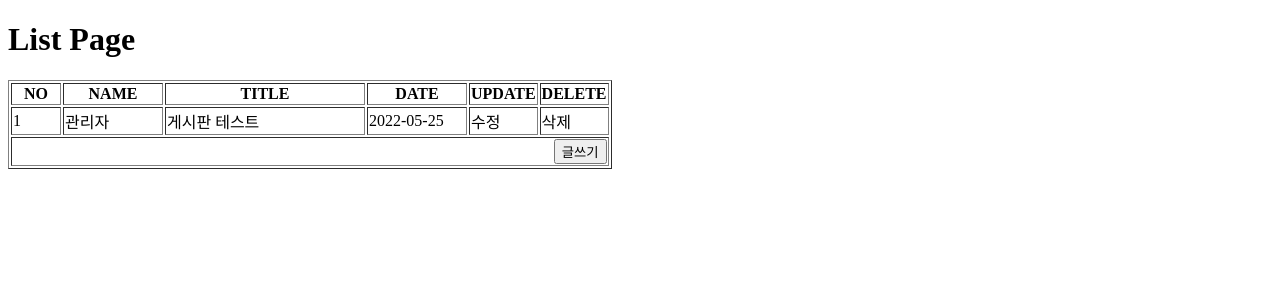
Repository: yyci12/TIL
Page: http://localhost/Jsp01_MyBoard/
The author's editor kept a copy of each file at every save. The page is drawn from the files as they stood at one save, then again after the next save.
The browser window is 1280 px wide. The pictures show the whole page.
The page is served by Tomcat 9. The database holds what the project's SQL file puts in it.

Above is the page before, as saved 2022-05-25 06:40:13.

### Web/Jsp01_MyBoard/WebContent/index.jsp
<%@ page language="java" contentType="text/html; charset=UTF-8"
    pageEncoding="UTF-8"%>
<!DOCTYPE html>
<html>
<head>
<meta charset="UTF-8">
<title>Insert title here</title>
</head>
<body>
	<%--
	<h1>시작</h1>
	<%for(int i=0; i<3; i++){ %>
		<b>안녕</b>
	<%} %>
	--%>
	<jsp:forward page="./mylist.jsp"></jsp:forward> <%-- jsp 액션태그 --%>
</body>
</html>

### Web/Jsp01_MyBoard/WebContent/mylist.jsp
<%@ page language="java" contentType="text/html; charset=UTF-8"
    pageEncoding="UTF-8"%>
<%request.setCharacterEncoding("UTF-8"); %>
<%response.setContentType("text/html; charset=UTF-8"); %>
  <%@page import="com.my.dao.MyBoardDao"%>
  <%@page import="com.my.dto.MyBoardDto"%>
  <%@page import="java.util.List" %>
<!DOCTYPE html>
<html>
<head>
<meta charset="UTF-8">
<title>Insert title here</title>
</head>
<body>

<%
	MyBoardDao dao = new MyBoardDao();
	List<MyBoardDto> list  = dao.selectAll();
%>
	<h1>List Page</h1>

	<table border=1>
		<col width="50px">
		<col width="100px">
		<col width="200px">
		<col width="100px">
		<tr>
			<th>NO</th>
			<th>NAME</th>
			<th>TITLE</th>
			<th>DATE</th>
			<th>UPDATE</th>
			<th>DELETE</th>
		</tr>
<%
	for(int i=0; i<list.size();i++){
%>
	<tr>
		<td><%=list.get(i).getMyno()%></td>
		<td><%=list.get(i).getMyname()%></td>
		<td><%=list.get(i).getMytitle()%></td>
		<td><%=list.get(i).getMydate()%></td>
		<td><a>수정</a></td>
		<td><a>삭제</a></td>
	</tr>
<%
	}
%>
<tr>
	<td colspan="6" align="right">
		<button onclick ="">글쓰기</button>
	</td>
	</tr>
	</table>
</body>
</html>

### Web/Jsp01_MyBoard/src/com/my/dao/MyBoardDao.java
package com.my.dao;

import java.sql.Connection;
import java.sql.DriverManager;
import java.sql.ResultSet;
import java.sql.SQLException;
import java.sql.Statement;
import java.util.ArrayList;
import java.util.List;

import com.my.dto.MyBoardDto;

public class MyBoardDao {
	Connection con = null;

	public MyBoardDao() {
		//드라이버 등록
		try {
			Class.forName("com.mysql.jdbc.Driver");
			System.out.println("01. driver연결");
		} catch (ClassNotFoundException e) {
			System.out.println("01. driver 연결실패");
			e.printStackTrace();
		}
	}

	//전체출력
	public List<MyBoardDto> selectAll(){
		try {
			con = DriverManager.getConnection("jdbc:mysql://localhost/multi","root","1234");
			System.out.println("02.연결성공");
		} catch (SQLException e) {
			// TODO Auto-generated catch block
			System.out.println("02.연결실패");
			e.printStackTrace();
		}

		Statement stmt = null;
		ResultSet rs = null;
		List<MyBoardDto> res = new ArrayList<MyBoardDto>();
		String sql = "SELECT * FROM MYBOARD";

		try {
			stmt = con.createStatement();
			System.out.println("03. query 준비 :" +sql);

			rs = stmt.executeQuery(sql);
			System.out.println("04. query 실행 및 리턴");
			while(rs.next()) {
				MyBoardDto dto = new MyBoardDto(rs.getInt(1),rs.getString(2),rs.getString(3),
												rs.getString(4),rs.getDate(5));
				res.add(dto);
			}
		} catch (SQLException e) {
			System.out.println("3/4단계에러");
			e.printStackTrace();
		}finally {
			try {
				rs.close();
				stmt.close();
				con.close();
				System.out.println("05.db종료\n");
			} catch (SQLException e) {
				System.out.println("05.db종료 에러\n");
				e.printStackTrace();
			}
		}
		System.out.println();
		return res;
	}


}

### Web/Jsp01_MyBoard/src/com/my/dto/MyBoardDto.java
package com.my.dto;

import java.util.Date;

public class MyBoardDto {
	private int myno;
	private String myname;
	private String mytitle;
	private String mycontent;
	private Date mydate;

	public MyBoardDto() {
		super();
		// TODO Auto-generated constructor stub
	}

	public MyBoardDto(int myno, String myname, String mytitle, String mycontent, Date mydate) {
		super();
		this.myno = myno;
		this.myname = myname;
		this.mytitle = mytitle;
		this.mycontent = mycontent;
		this.mydate = mydate;
	}

	public int getMyno() {
		return myno;
	}
	public void setMyno(int myno) {
		this.myno = myno;
	}
	public String getMyname() {
		return myname;
	}
	public void setMyname(String myname) {
		this.myname = myname;
	}
	public String getMytitle() {
		return mytitle;
	}
	public void setMytitle(String mytitle) {
		this.mytitle = mytitle;
	}
	public String getMycontent() {
		return mycontent;
	}
	public void setMycontent(String mycontent) {
		this.mycontent = mycontent;
	}
	public Date getMydate() {
		return mydate;
	}
	public void setMydate(Date mydate) {
		this.mydate = mydate;
	}

}

### Web/Jsp01_MyBoard/build/classes/myboard.sql (the tables this page reads)
CREATE table MYBOARD(
	MYNO INT auto_increment primary key,
	MYNAME VARCHAR(100) not null,
	MYTILTE VARCHAR(2000) not null,
	MYCONTENT VARCHAR(4000) not null,
	MYDATE DATE not null
);

INSERT into MYBOARD VALUES(null,'관리자','게시판 테스트','테스트중입니다. 123456789ABCD',NOW());

After the next save:
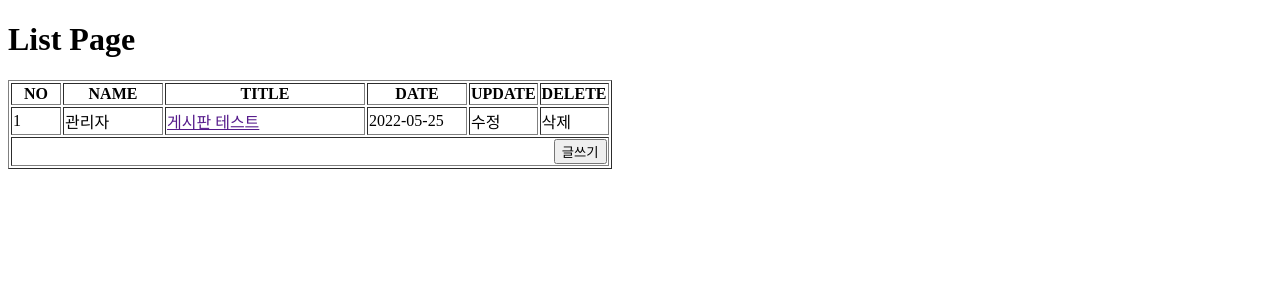
Saved 30 min 35 s later.
--- a/Web/Jsp01_MyBoard/WebContent/mylist.jsp
+++ b/Web/Jsp01_MyBoard/WebContent/mylist.jsp
@@ -38,7 +38,7 @@
 	<tr>
 		<td><%=list.get(i).getMyno()%></td>
 		<td><%=list.get(i).getMyname()%></td>
-		<td><%=list.get(i).getMytitle()%></td>
+		<td><a href=""><%=list.get(i).getMytitle()%></a></td>
 		<td><%=list.get(i).getMydate()%></td>
 		<td><a>수정</a></td>
 		<td><a>삭제</a></td>
